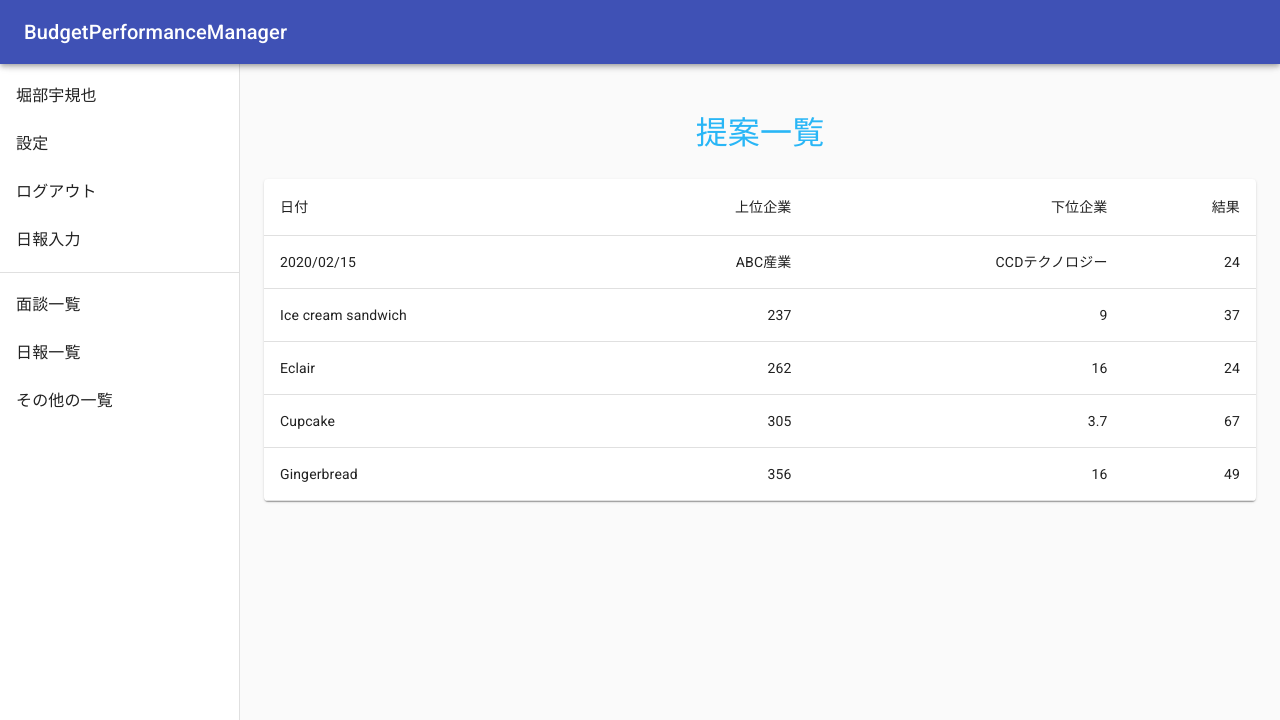
Repository: ukiyah/test
Page: / (app in src/)
The author's editor kept a copy of each file at every save. The page is drawn from the files as they stood at one save, then again after the next save.
The browser window is 1280 px wide. The pictures show the whole page.
The project was rebuilt for these pictures with package versions that can differ from the ones it lists, and the page was loaded fresh each time. Also part of the build but not shown: src/material-dashboard-react.js, src/Navbars/ref_AdminNavbarLinks/customInputStyle.js, src/Navbars/ref_AdminNavbarLinks/CustomInput.js, src/Navbars/ref_AdminNavbarLinks/buttonStyle.js, src/Navbars/ref_AdminNavbarLinks/Button.js, src/Navbars/ref_AdminNavbarLinks/dropdownStyle.js, src/Navbars/ref_AdminNavbarLinks/headerLinksStyle.js, src/Navbars/AdminNavbarLinks.js and 4 more.

Above is the page before, as saved 2020-02-20 19:01:18.

After the next save:
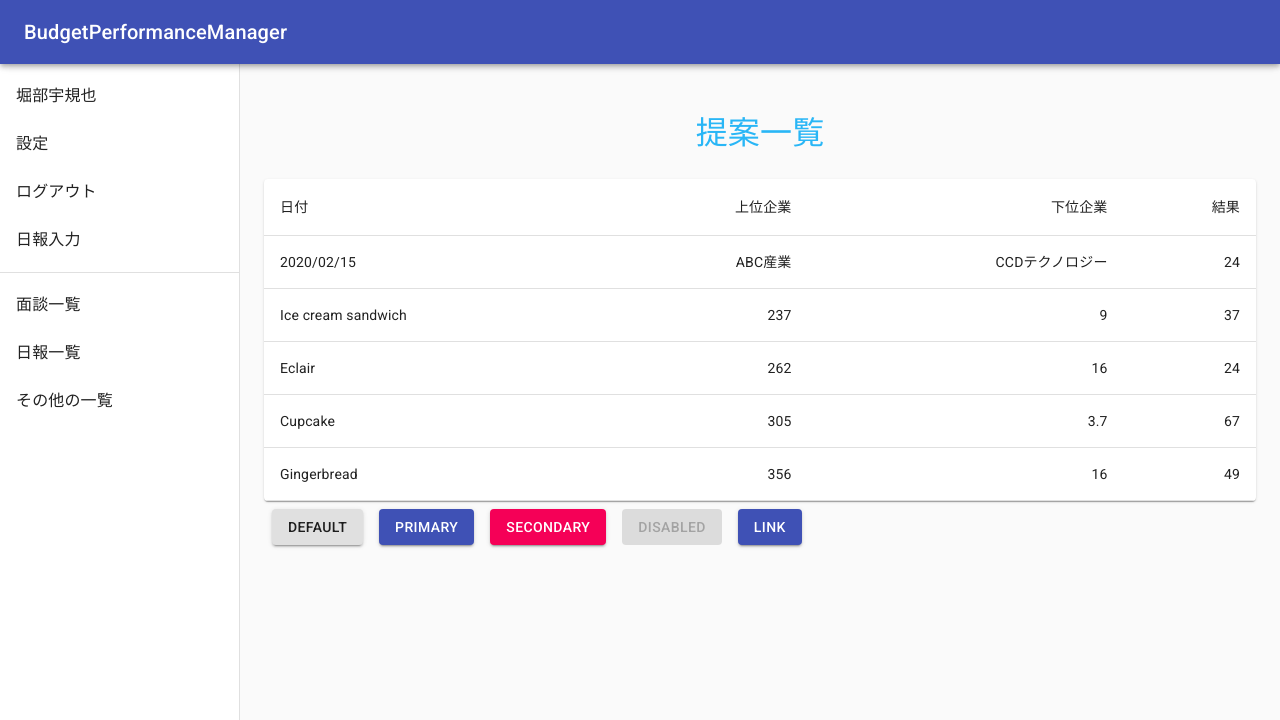
Saved 28 s later.
--- a/src/Drawer.js
+++ b/src/Drawer.js
@@ -81,7 +81,7 @@ export default function ClippedDrawer() {
         <Typography paragraph>
             <h1>提案一覧</h1>
             <SimpleTable />
-
+            <ContainedButtons />
         </Typography>
         <Typography paragraph>
 
